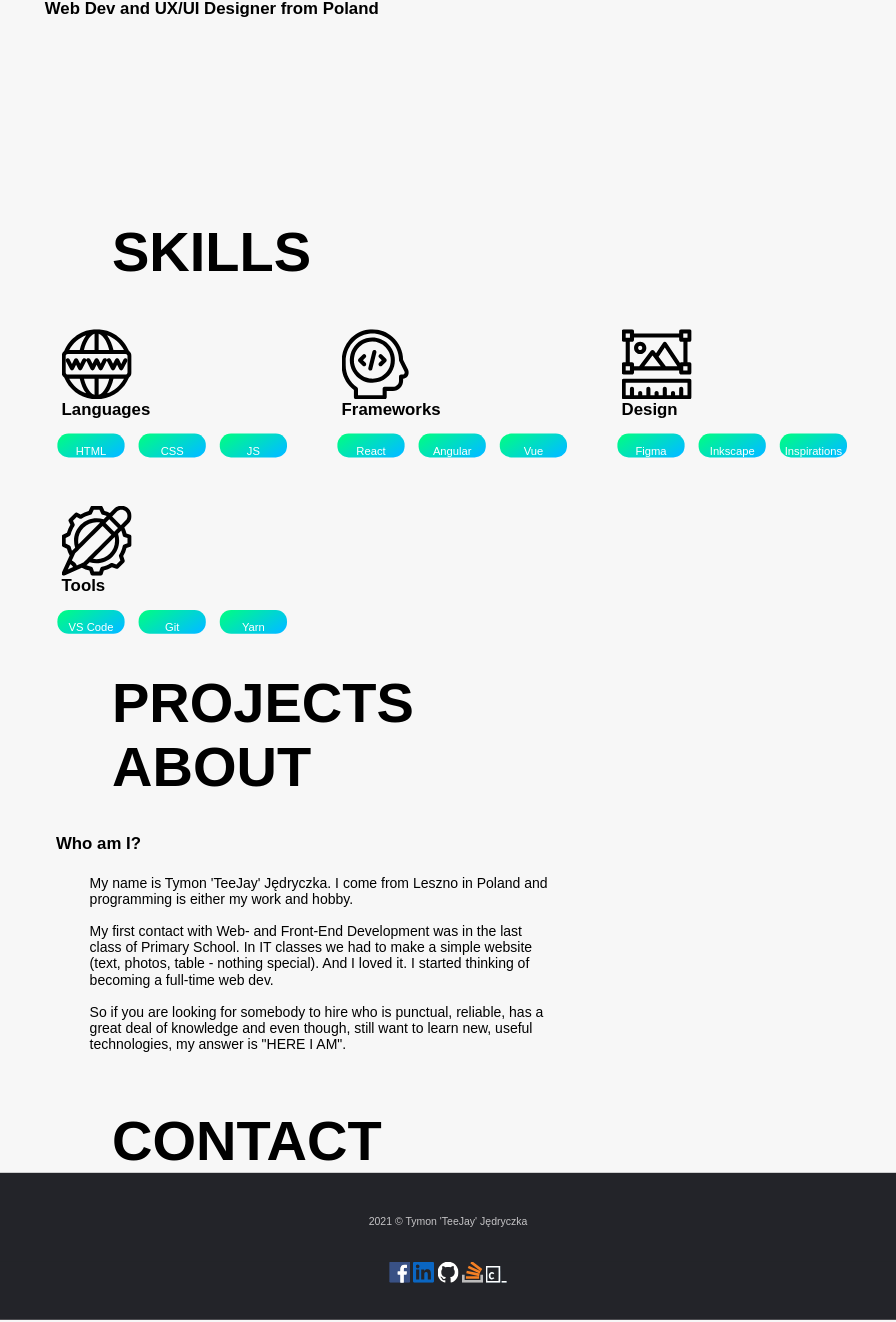
Repository: TeeJaysDev/Portfolio
Page: index.html
The author's editor kept a copy of each file at every save. The page is drawn from the files as they stood at one save, then again after the next save.
The browser window is 1280 px wide. The pictures show the part of the page from y = 748 to 2668 px (the page is 2636 px tall before and 2668 px after), at 70% of full size.

Above is the page before, as saved 2021-04-24 20:47:13.

### index.html
<!DOCTYPE html>
<html lang="en">
<head>
    <meta charset="UTF-8">
    <meta http-equiv="X-UA-Compatible" content="IE=edge">
    <meta name="viewport" content="width=device-width, initial-scale=1.0">
    <script type="text/javascript" src="script.js"></script>
    <link rel="stylesheet" href="style.css">
    <link href="https://fonts.googleapis.com/css2?family=Raleway&display=swap" rel="stylesheet">
    <link href="https://fonts.googleapis.com/css2?family=Quicksand:wght@700&display=swap" rel="stylesheet">
    <title>Tymon Jędryczka | Portfolio</title>
</head>
<body>
    <nav>
        <a href="#skills"><h3>skills</h3></a>
        <a href="#projects"><h3>projects</h3></a>
        <a href="#about"><h3>about</h3></a>
        <a href="#contact"><h3>contact</h3></a>
    </nav>
    <header>
        <h2 class="welcome_part_h1">h1</h2>
        <h1 class="welcome_part">
            Hi, I'm <strong>Tymon</strong><br>
            I design <strong>and</strong><br>
            build <strong>incredible</strong><br>
            websites / <strong>webapps</strong>
        </h1>
        <h2 class="welcome_part_h2">
            Web Dev and UX/UI Designer from Poland
        </h2>
    </header>
    <main>
        <h1>
            SKILLS
        </h1>
        <section id="skills">
                <div class="languages">
                    <div class="box">
                        <div class="imageh2">
                            <img src="Images/svg/languages.svg">
                            <h2>Languages</h2>
                        </div>
                        <div class="text">
                            <li>HTML</li>
                            <li>CSS</li>
                            <li>JS</li>
                        </div>
                    </div>
                </div>
                <div class="frameworks">
                    <div class="box">
                        <div class="imageh2">
                            <img src="Images/svg/frameworks.svg">
                            <h2>Frameworks</h2>
                        </div>
                        <div class="text">
                            <li>React</li>
                            <li>Angular</li>
                            <li>Vue</li>
                        </div>
                    </div>
                </div>
                <div class="design">
                    <div class="box">
                        <div class="imageh2">
                            <img src="Images/svg/design.svg">
                            <h2>Design</h2>
                        </div>
                        <div class="text">
                            <li>Figma</li>
                            <li>Inkscape</li>
                            <li>Inspirations</li>
                        </div>
                    </div>
                </div>
                <div class="tools">
                    <div class="box">
                        <div class="imageh2">
                            <img src="Images/svg/tools.svg">
                            <h2>Tools</h2>
                        </div>
                        <div class="text">
                            <li>VS Code</li>
                            <li>Git</li>
                            <li>Yarn</li>
                        </div>
                    </div>
                </div>
        </section>
        <section id="projects">
            <h1>
                PROJECTS
            </h1>
        </section>
        <section id="about">
            <h1>
                ABOUT
            </h1>
            <h2>
                Who am I?
            </h2>
            <p>
                My name is Tymon 'TeeJay' Jędryczka. I come from Leszno in Poland and programming is either my work and hobby.
                <br><br>
                My first contact with Web- and Front-End Development was in the last class of Primary School. In IT classes we had to make a simple website (text, photos, table - nothing special). And I loved it. I started thinking of becoming a full-time web dev.
                <!-- <br><br> I am also a self-taught dev and with CodeCademy and YouTube I get knowledge of HTML5, CSS3, JS, and its frameworks (React, Angular, Vue). I call myself a 2-in-1 developer 'cause I design things (usually in Figma) and then make them real by writing some code. -->
                <br><br>
                So if you are looking for somebody to hire who is punctual, reliable, has a great deal of knowledge and even though, still want to learn new, useful technologies, my answer is "HERE I AM".
            </p>
        </section>
        <section id="contact">
            <h1>
                CONTACT
            </h1>
        </section>
    </main>
    <footer>
        <h4>2021 &copy; Tymon 'TeeJay' Jędryczka</h4>
        <li><a href="https://facebook.com/tymonjedr/" target="_blank"><img src="Images/svg/facebook.svg" alt="Facebook LOGO"></a></li>
        <li><a href="https://linkedin.com/in/tymon-jedryczka/" target="_blank"><img src="Images/svg/linkedin.svg" alt="LinkedIn LOGO"></a></li>
        <li><a href="https://github.com/TeeJaysDev" target="_blank"><img src="Images/svg/github.svg" alt="GitHub LOGO"></a></li>
        <li><a href="https://stackoverflow.com/users/15029595/teejaysdev" target="_blank"><img src="Images/svg/stack.svg" alt="Stack LOGO"></a></li>
        <li><a href="https://codecademy.com/profiles/TeeJaysDev" target=”_blank”><img src="Images/svg/codecademy.svg" alt="CodeCademy LOGO"></a></li>
    </footer>
</body>
</html>

### style.css
* {
    margin: 0;
    padding: 0;
    font-family: sans-serif;
    text-decoration: none;
}

body {
    background-color: #F7F7F7;
}

nav {
    display: flex;
    justify-content: flex-end;
    margin-right: 0rem;
    margin-top: 0rem;
}

nav a {
    color: #000000;
    padding: 0.938rem;
    margin-top: 2rem;
    margin-right: 3.125rem;
    font-size: 1.563rem;
}

.welcome_part_h1 {
    font-family: monospace;
    font-size: 3.75rem;
    margin-top: 9rem;
    margin-left: 2.5rem;
    margin-bottom: 0rem;
}

.welcome_part {
    margin-top: 2rem;
    margin-left: 5rem;
    margin-bottom: 2rem;
    font-family: Raleway;
    font-weight: lighter;
    font-size: 5rem;
    min-width: 18ch;
}

.welcome_part_h2 {
    margin-bottom: 18rem;
    margin-left: 4rem;
}

#skills {
    display: grid;
    align-items: flex-end;
    grid-template-columns: repeat(auto-fit, 400px);
    margin-left: 4.5rem;
}

h1 {
    font-size: 5rem;
    margin-left: 10rem;
}

.imageh2 {
    display: flex;
    flex-wrap: wrap;
    align-items: flex-start;
    margin: 4rem 20rem 1rem 1rem;
}

.text {
    display: flex;
    flex-wrap: wrap;
}

.text li {
    list-style: none;
    margin: 1rem;
    color: #fff;
    text-align: center;
    align-items: center;
    border-radius: 1rem;
    margin: 5px 10px;
    width: 6rem;
    background-image: linear-gradient(147deg,#00FF7F,#00BFFF 90%);
    padding-top: 1rem;
    padding-bottom: ;
}

#about p {
    font-size: 1.25rem;
    max-width: 60ch;
    margin-left: 8rem;
    margin-bottom: 5rem;
    margin-top: 2rem;
}

#about h2 {
    margin-left: 5rem;
    margin-top: 3rem;
}

#projects h1 {
    width: 15%;
    margin-top: 3rem;
}

#about h1 {
    width: 15%;
}

#contact h1 {
    width: 17%;
}

footer, footer h4 {
    color: #C5C4C6;
    background-color: #232429;
    font-family: Arial, Helvetica, sans-serif;
    font-size: 0.938rem;
    font-weight: lighter;
    text-align: center;
    z-index: -1;
    padding-top: 1.875rem;
    padding-bottom: 3.125rem;
}

footer li{
    margin: 0 1.25;
    display: inline;
}

body .error {
    text-align: center;
}

.error p {
    font-family: Quicksand;
    font-weight: 700;
    color: #000000;
    font-size: 20rem;
    margin-top: 5rem;
}

.error button a {
    text-decoration: none;
    text-align: center;
    color: #000000;
    font-size: 2rem;
    padding: 3rem;
}

.error .mainError {
    display: flex;
    text-align: center;
    margin-left: 40rem;
    margin-right: auto;
}

.error img {
    width: 250px;
}

.error button {
    margin-top: 10rem;
}
/* Smartphone (portrait) --- */

@media only screen
and (min-width: 320px)
and (max-width: 767px) {

    nav {
        display: flex;
        justify-content: flex-end;
        margin-right: 1rem;
        margin-top: 0rem;
    }

    nav a {
        padding: 0.938rem;
        margin-top: 2rem;
        margin-right: -1rem;
        font-size: 1rem;
    }

     main .welcome_part_h1 {
        font-family: monospace;
        font-size: 2.5rem;
        margin-top: 9rem;
        margin-left: 1rem;
    }

    main .welcome_part {
        margin-top: 1rem;
        margin-left: 2rem;
        margin-bottom: 2rem;
        font-size: 1.63rem;
        min-width: 18ch;
    }

    main .welcome_part_h2 {
        margin-bottom: 10rem;
        margin-left: 2rem;
        font-size: 1rem;
    }

    section h1 {
        font-size: 3rem;
        margin-bottom: 1.563rem;
    }

    #about p {
        font-size: 1.25rem;
        max-width: 22ch;
        margin-left: 2rem;
        margin-bottom: 5rem;
    }

    #about h2 {
        margin-left: 2rem;
        margin-top: 5rem;
    }

    footer, footer h4 {
        padding-top: 1.875rem;
        padding-bottom: 3.125rem;
        width: 100%;
    }

    footer li{
        margin: 0 1.25;
        display: inline;
    }
}



@media only screen
and (min-width: 768px)
and (max-width: 1024px)
and (orientation: portrait) {

    * {
        margin: 0;
        padding: 0;
        font-family: sans-serif;
        text-decoration: none;
    }

    body {
        background-color: #F7F7F7;
    }

    nav {
        display: flex;
        justify-content: flex-end;
        margin-right: 0rem;
        margin-top: 0rem;
    }

    nav a {
        color: #000000;
        padding: 0.938rem;
        margin-top: 2rem;
        margin-right: 3.125rem;
        font-size: 1.563rem;
    }

     main .welcome_part_h1 {
        font-family: monospace;
        font-size: 3.75rem;
        margin-top: 13rem;
        margin-left: 2.5rem;
        margin-bottom: 0rem;
    }

    main .welcome_part {
        margin-top: 2rem;
        margin-left: 5rem;
        margin-bottom: 2rem;
        font-family: Raleway;
        font-weight: lighter;
        font-size: 3.9rem;
        min-width: 18ch;
    }

    main .welcome_part_h2 {
        margin-bottom: 20rem;
        margin-left: 4rem;
    }

    #about p {
        font-size: 1.25rem;
        max-width: 45ch;
        margin-left: 8rem;
        margin-bottom: 5rem;
    }

    #about h2 {
        margin-left: 5rem;
        margin-top: 5rem;
    }

    #projects h1 {
        width: 15%;
        margin-top: 3rem;
    }

    #about h1 {
        width: 15%;
    }

    #contact h1 {
        width: 17%;
    }

    footer, footer h4 {
        color: #C5C4C6;
        background-color: #232429;
        font-family: Arial, Helvetica, sans-serif;
        font-size: 0.938rem;
        font-weight: lighter;
        text-align: center;
        z-index: -1;
        width: 100%;
        padding-top: 1.875rem;
        padding-bottom: 3.125rem;
    }

    body .error {
        text-align: center;
    }

    .error p {
        font-family: Quicksand;
        font-weight: 700;
        color: #000000;
        font-size: 20rem;
        margin-top: 5rem;
    }

    .error button a {
        text-decoration: none;
        text-align: center;
        color: #000000;
        font-size: 2rem;
        padding: 3rem;
    }

    .error .mainError {
        display: flex;
        text-align: center;
        margin-left: 40rem;
        margin-right: auto;
    }

    .error img {
        width: 250px;
    }

    .error button {
        margin-top: 10rem;
    }
}

@media only screen
and (min-width: 953)
and (max-width: 1230) {
     p {
        margin-left: 1rem;
    }
}

@media only screen
and (min-width: 550px)
and (max-width: 700px) {
    main .welcome_part_h1 {
        font-family: monospace;
        font-size: 3.75rem;
        margin-top: 13rem;
        margin-left: 2.5rem;
        margin-bottom: 0rem;
    }

    main .welcome_part {
        margin-top: 2rem;
        margin-left: 5rem;
        margin-bottom: 2rem;
        font-size: 2.6rem;
    }

    main .welcome_part_h2 {
        margin-bottom: 20rem;
        margin-left: 4rem;
    }
}

@media only screen
and (min-width: 1920px) {
    main .welcome_part_h1 {
        font-family: monospace;
        font-size: 3.75rem;
        margin-top: 13rem;
        margin-left: 2.5rem;
        margin-bottom: 0rem;
    }

    main .welcome_part {
        margin-top: 2rem;
        margin-left: 5rem;
        margin-bottom: 2rem;
        font-size: 5rem;
    }

    main .welcome_part_h2 {
        margin-bottom: 20rem;
        margin-left: 4rem;
        font-size: 2.5rem;
    }
}

@media only screen
and (max-width: 950) {

}

Loaded but not shown: script.js (no stored copy; drawn as an empty file)

After the next save:
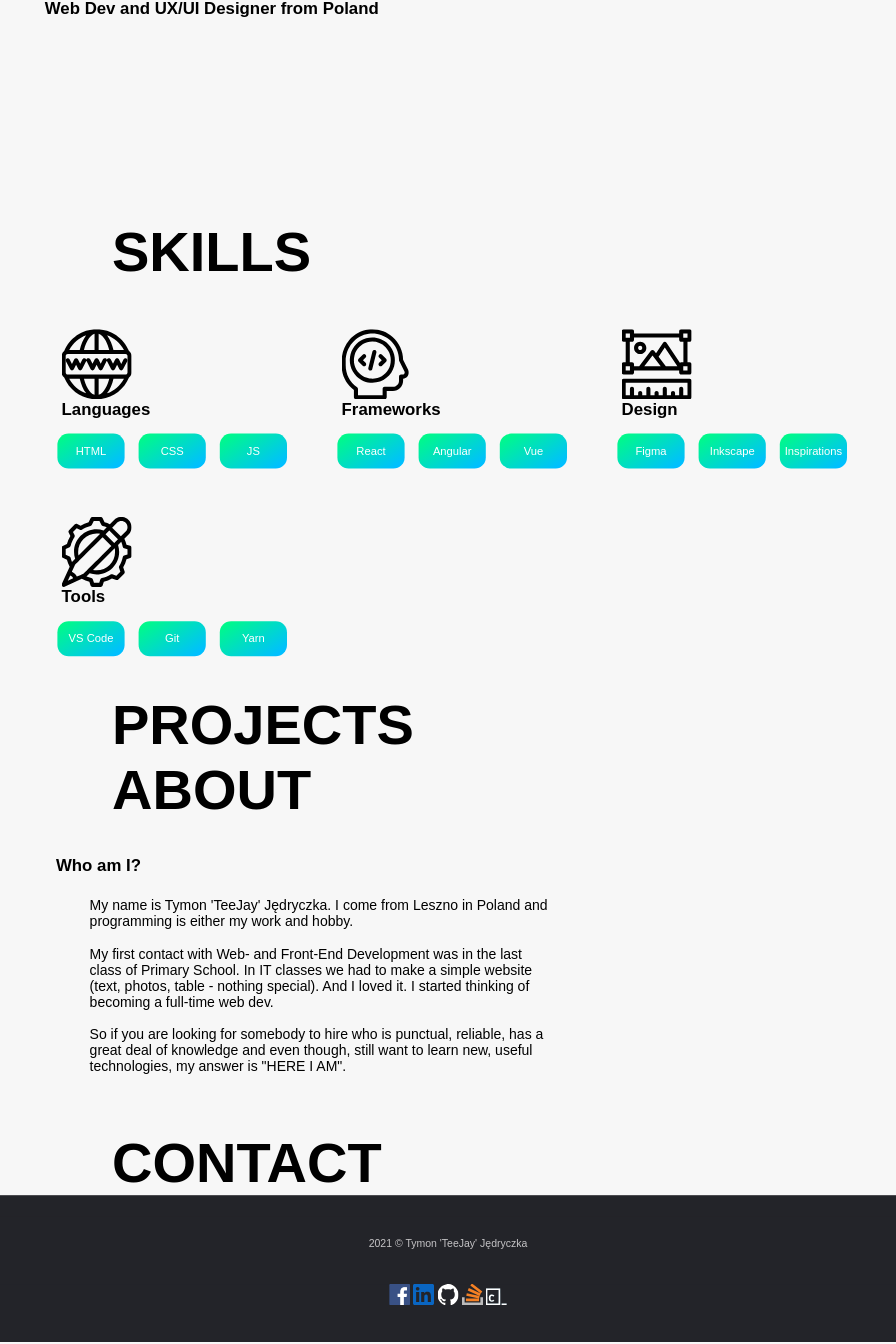
Saved 4 s later.
--- a/style.css
+++ b/style.css
@@ -82,7 +82,7 @@ h1 {
     width: 6rem;
     background-image: linear-gradient(147deg,#00FF7F,#00BFFF 90%);
     padding-top: 1rem;
-    padding-bottom: ;
+    padding-bottom: 1rem;
 }
 
 #about p {
